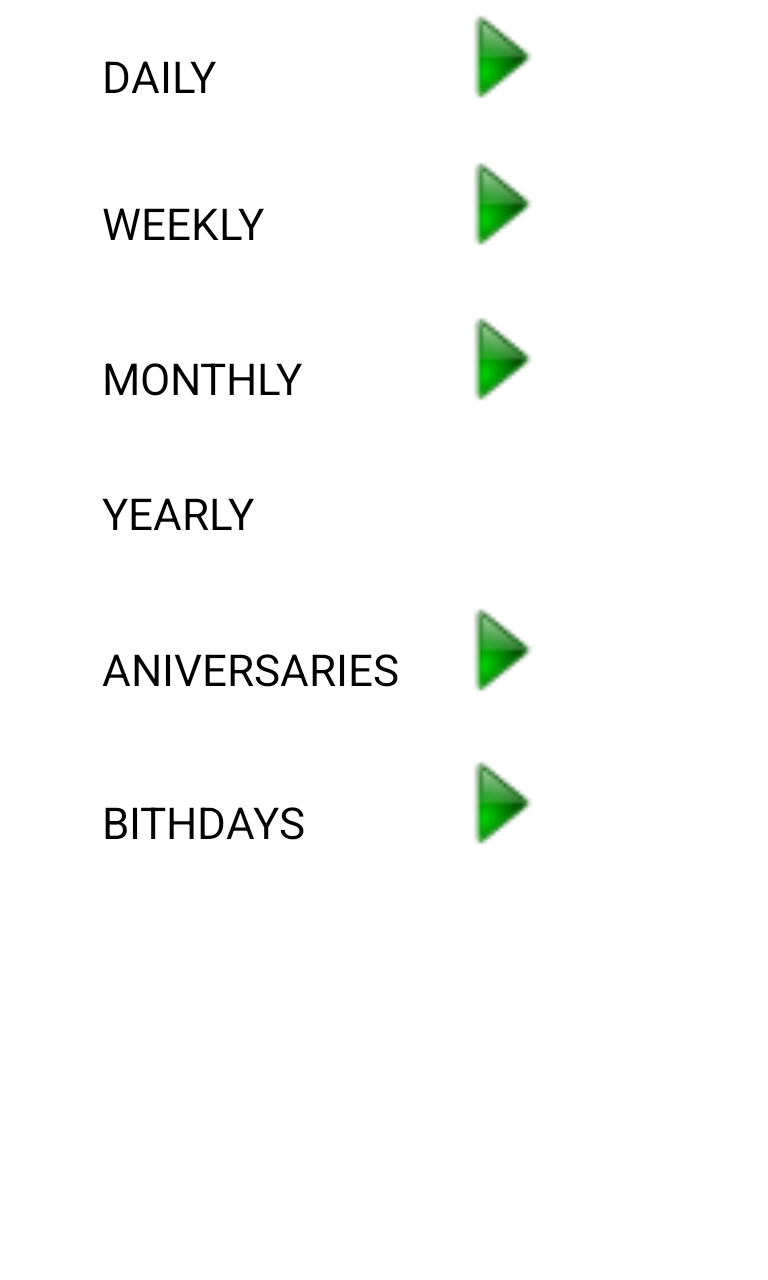
Repository: satyadarls/ToDo
Layout: ToDo/res/layout/activity_main.xml
These files come from the project's save history. The layout is drawn as it stood at one moment and after the next save; the edit follows.
It is drawn on a 768 x 1280 px phone screen (xhdpi) without system bars, with theme AppTheme; the app's code is not run.

Above is the layout before, as saved 2014-07-06 09:41:40.

### ToDo/res/layout/activity_main.xml
<?xml version="1.0" encoding="utf-8"?>
<RelativeLayout xmlns:android="http://schemas.android.com/apk/res/android"
    android:layout_width="match_parent"
    android:layout_height="match_parent" >

    <Button
        android:id="@+id/monthlybutton"
        style="?android:attr/buttonStyleSmall"
        android:layout_width="wrap_content"
        android:layout_height="wrap_content"
        android:layout_alignBottom="@+id/textView3"
        android:layout_alignLeft="@+id/weeklybutton"
        android:background="@drawable/rightarrow" />

    <Button
        android:id="@+id/dialybutton"
        style="?android:attr/buttonStyleSmall"
        android:layout_width="wrap_content"
        android:layout_height="wrap_content"
        android:layout_above="@+id/textView2"
        android:layout_marginLeft="26dp"
        android:layout_toRightOf="@+id/textView4"
        android:background="@drawable/rightarrow"/>

    <Button
        android:id="@+id/weeklybutton"
        style="?android:attr/buttonStyleSmall"
        android:layout_width="wrap_content"
        android:layout_height="wrap_content"
        android:layout_above="@+id/textView3"
        android:layout_alignLeft="@+id/dialybutton"
        android:background="@drawable/rightarrow"/>

    <Button
        android:id="@+id/button4"
        style="?android:attr/buttonStyleSmall"
        android:layout_width="wrap_content"
        android:layout_height="wrap_content"
        android:layout_alignBottom="@+id/textView4"
        android:layout_alignRight="@+id/monthlybutton"
        android:background="@drawable/rightarrow" />

    <TextView
        android:id="@+id/textView2"
        android:layout_width="wrap_content"
        android:layout_height="wrap_content"
        android:layout_alignLeft="@+id/textView1"
        android:layout_below="@+id/textView1"
        android:layout_marginTop="44dp"
        android:text="WEEKLY"
        android:textAppearance="?android:attr/textAppearanceLarge" />

    <TextView
        android:id="@+id/textView3"
        android:layout_width="wrap_content"
        android:layout_height="wrap_content"
        android:layout_alignLeft="@+id/textView2"
        android:layout_below="@+id/textView2"
        android:layout_marginTop="48dp"
        android:text="MONTHLY"
        android:textAppearance="?android:attr/textAppearanceLarge" />

    <TextView
        android:id="@+id/textView5"
        android:layout_width="wrap_content"
        android:layout_height="wrap_content"
        android:layout_alignLeft="@+id/textView4"
        android:layout_below="@+id/textView4"
        android:layout_marginTop="47dp"
        android:text="BITHDAYS"
        android:textAppearance="?android:attr/textAppearanceLarge" />

    <Button
        android:id="@+id/button5"
        style="?android:attr/buttonStyleSmall"
        android:layout_width="wrap_content"
        android:layout_height="wrap_content"
        android:layout_alignBottom="@+id/textView5"
        android:layout_alignLeft="@+id/button4"
        android:background="@drawable/rightarrow" />

    <TextView
        android:id="@+id/textView1"
        android:layout_width="wrap_content"
        android:layout_height="wrap_content"
        android:layout_alignParentLeft="true"
        android:layout_alignParentTop="true"
        android:layout_marginLeft="51dp"
        android:layout_marginTop="23dp"
        android:text="DAILY"
        android:textAppearance="?android:attr/textAppearanceLarge" />

    <TextView
        android:id="@+id/textView4"
        android:layout_width="wrap_content"
        android:layout_height="wrap_content"
        android:layout_alignLeft="@+id/textView3"
        android:layout_below="@+id/textView3"
        android:layout_marginTop="116dp"
        android:text="ANIVERSARIES"
        android:textAppearance="?android:attr/textAppearanceLarge" />

    <TextView
        android:id="@+id/textView6"
        android:layout_width="wrap_content"
        android:layout_height="wrap_content"
        android:layout_above="@+id/button4"
        android:layout_alignLeft="@+id/textView3"
        android:layout_marginBottom="30dp"
        android:text="YEARLY"
        android:textAppearance="?android:attr/textAppearanceLarge" />

</RelativeLayout>

Loaded but not shown: ToDo/res/values/styles.xml (common file); ToDo/res/values-v11/styles.xml (common file); ToDo/res/values-v14/styles.xml (common file)

After the next save:
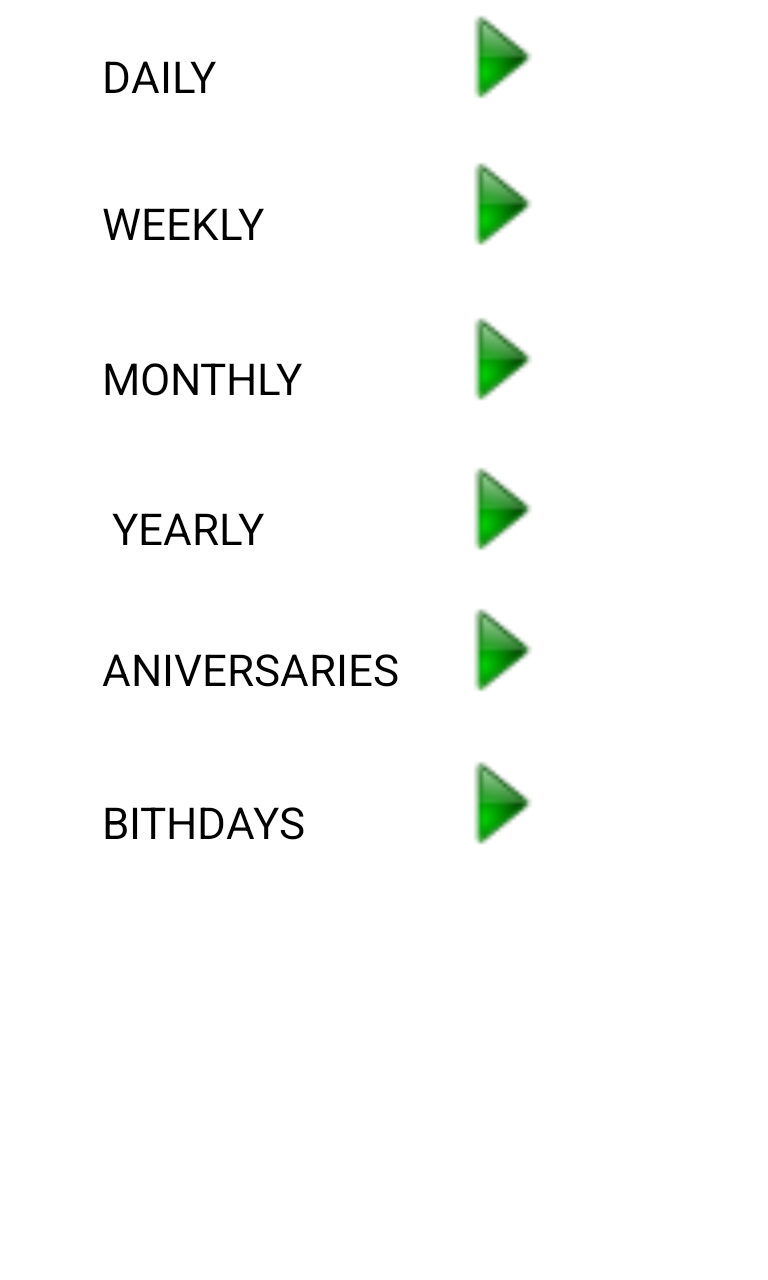
Saved 69 s later.
--- a/ToDo/res/layout/activity_main.xml
+++ b/ToDo/res/layout/activity_main.xml
@@ -31,15 +31,6 @@
         android:layout_alignLeft="@+id/dialybutton"
         android:background="@drawable/rightarrow"/>
 
-    <Button
-        android:id="@+id/button4"
-        style="?android:attr/buttonStyleSmall"
-        android:layout_width="wrap_content"
-        android:layout_height="wrap_content"
-        android:layout_alignBottom="@+id/textView4"
-        android:layout_alignRight="@+id/monthlybutton"
-        android:background="@drawable/rightarrow" />
-
     <TextView
         android:id="@+id/textView2"
         android:layout_width="wrap_content"
@@ -70,15 +61,6 @@
         android:text="BITHDAYS"
         android:textAppearance="?android:attr/textAppearanceLarge" />
 
-    <Button
-        android:id="@+id/button5"
-        style="?android:attr/buttonStyleSmall"
-        android:layout_width="wrap_content"
-        android:layout_height="wrap_content"
-        android:layout_alignBottom="@+id/textView5"
-        android:layout_alignLeft="@+id/button4"
-        android:background="@drawable/rightarrow" />
-
     <TextView
         android:id="@+id/textView1"
         android:layout_width="wrap_content"
@@ -100,14 +82,41 @@
         android:text="ANIVERSARIES"
         android:textAppearance="?android:attr/textAppearanceLarge" />
 
+    <Button
+        android:id="@+id/button4"
+        style="?android:attr/buttonStyleSmall"
+        android:layout_width="wrap_content"
+        android:layout_height="wrap_content"
+        android:layout_alignLeft="@+id/monthlybutton"
+        android:layout_below="@+id/monthlybutton"
+        android:layout_marginTop="27dp"
+        android:background="@drawable/rightarrow" />
+
     <TextView
         android:id="@+id/textView6"
         android:layout_width="wrap_content"
         android:layout_height="wrap_content"
-        android:layout_above="@+id/button4"
-        android:layout_alignLeft="@+id/textView3"
-        android:layout_marginBottom="30dp"
+        android:layout_alignBottom="@+id/button4"
+        android:layout_alignRight="@+id/textView2"
         android:text="YEARLY"
         android:textAppearance="?android:attr/textAppearanceLarge" />
 
+    <Button
+        android:id="@+id/button5"
+        style="?android:attr/buttonStyleSmall"
+        android:layout_width="wrap_content"
+        android:layout_height="wrap_content"
+        android:layout_above="@+id/textView5"
+        android:layout_alignLeft="@+id/button4"
+        android:background="@drawable/rightarrow" />
+
+    <Button
+        android:id="@+id/button1"
+        style="?android:attr/buttonStyleSmall"
+        android:layout_width="wrap_content"
+        android:layout_height="wrap_content"
+        android:layout_alignBottom="@+id/textView5"
+        android:layout_alignLeft="@+id/button5"
+        android:background="@drawable/rightarrow" />
+
 </RelativeLayout>
